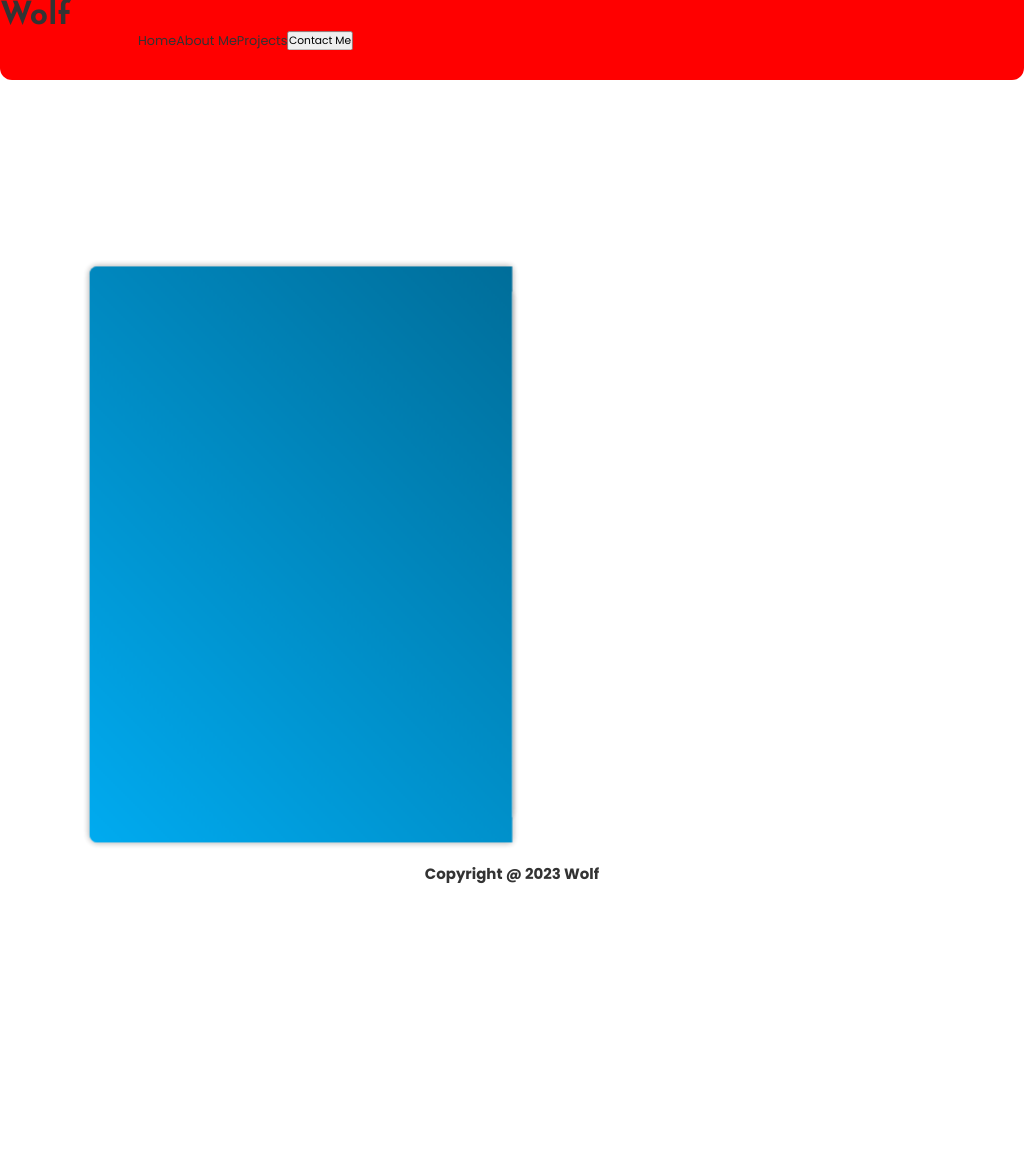
Repository: Ego-Wolf/Portfolio
Page: index.html
An editor plug-in stored every save of this project. The page is shown before and after the next save, followed by the edit.
The browser window is 1280 px wide. The pictures show the whole page, at 80% of full size.
Pictures or frames that could not be fetched are drawn as grey boxes.

Above is the page before, as saved 2023-12-14 16:17:41.

After the next save:
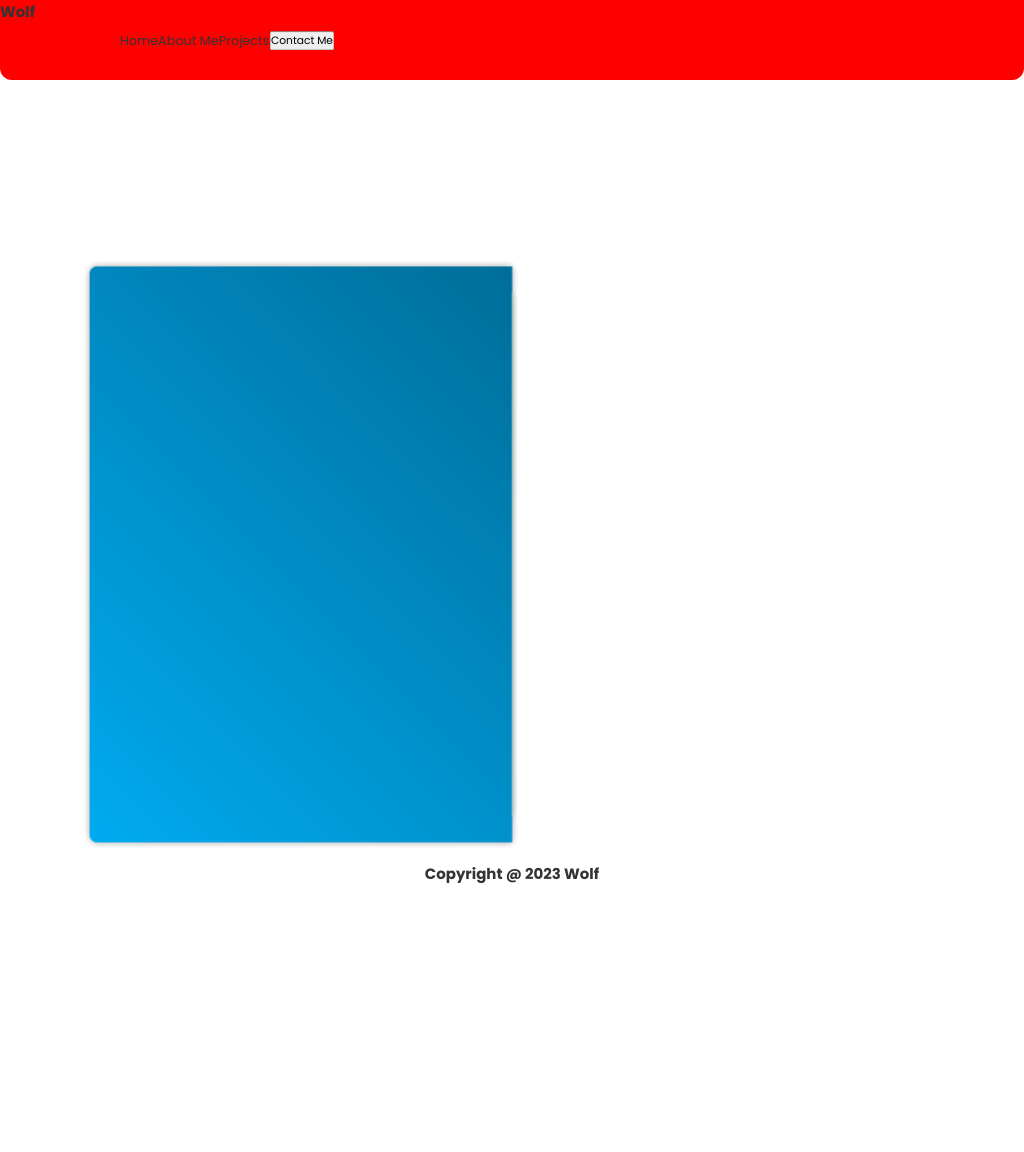
Saved 8 s later.
--- a/style.css
+++ b/style.css
@@ -60,7 +60,7 @@
     align-items: center;
 }
 
-.header h3 {
+.header ul h3 {
     font-size: 40px;
     font-family: var(--font-family-logo);
     /* display: flex; */
